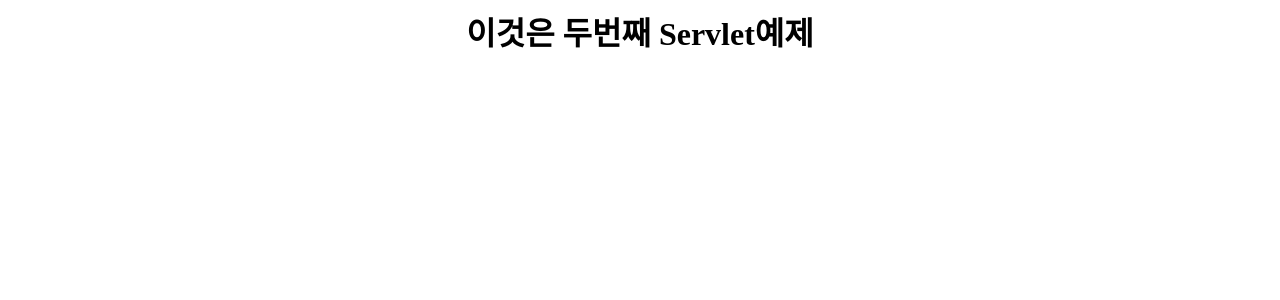
Repository: larlarru/HighJava_study2
Page: http://localhost/servletTest/servletTest02.do
An editor plug-in stored every save of this project. The page is shown before and after the next save, followed by the edit.
The browser window is 1280 px wide. The pictures show the whole page.
The page is served by Tomcat 9. Other server files are loaded and not shown.

Above is the page before, as saved 2020-11-25 06:56:50.

### servletTest/src/kr/or/ddit/basic/ServletTest02.java
package kr.or.ddit.basic;

import java.io.IOException;
import java.io.PrintWriter;

import javax.servlet.ServletException;
import javax.servlet.annotation.WebServlet;
import javax.servlet.http.HttpServlet;
import javax.servlet.http.HttpServletRequest;
import javax.servlet.http.HttpServletResponse;

// 자동으로 등록시켜주는거다.

// 이 예제는 애노테이션(@WebServlet)을 이용해서  Servlet을 설정하여 처리하는 예제
// 애노테이션(@WebServlet)은 Servlet버전 3.0 이상에서 사용할 수 있다.

/*
 * @WebServlet애너테이션의 속성들
 * 	1. name : 서블릿의 이름을 설정한다.	(기본값 : 빈문자열(""))
 * 	2. urlPatterns : 서블릿의 URL패턴의 목록을 설정한다.( 기본값 : 빈배열( {} ))
 * 		예) urlPatterns="/url1" 또는 urlPatterns={"/url1"} ==> 패턴이 1개일 경우
 * 		예) urlPatterns={"/url1", "/url2"} ==> 패턴이 2개 이상일 경우
 * 	3. value : urlPatterns와 동일한 기능을 한다.
 * 	4. description : 주석(설명글)을 설정한다.
 *
 */

@WebServlet(description="애노테이션을 이용한 서블릿",
			urlPatterns= {"/servletTest02.do"})
public class ServletTest02 extends HttpServlet{

	private static final long serialVersionUID = 1L;

	@Override
	protected void doGet(HttpServletRequest req, HttpServletResponse resp) throws ServletException, IOException {

		resp.setCharacterEncoding("utf-8");	// 응답 문서의 인코딩 방식 지정
		resp.setContentType("text/html charset=utf-8");	// 응답 문서의 ContentType 지정

		// 처리한 내용을 응답으로 보내기 위해 PrintWriter객체 생성
		PrintWriter out = resp.getWriter();

		// 처리한 내용을 출력한다. ==> 방법2) println()메서드 이용하기
		out.println("<html>");
		out.println("<head>");
		out.println("<meta charset='utf-8'>");
		out.println("<title>두번째 Servlet 연습</title>");
		out.println("</head>");

		out.println("<body>");
		out.println("<h1 style='text-align:center;'>");
		out.println("이것은 두번째 Servlet예제");
		out.println("");
		out.println("");
		out.println("");
		out.println("");
		out.println("");
		out.println("");

	}

	@Override
	protected void doPost(HttpServletRequest req, HttpServletResponse resp) throws ServletException, IOException {
		// TODO Auto-generated method stub
		super.doPost(req, resp);
	}



}

After the next save:
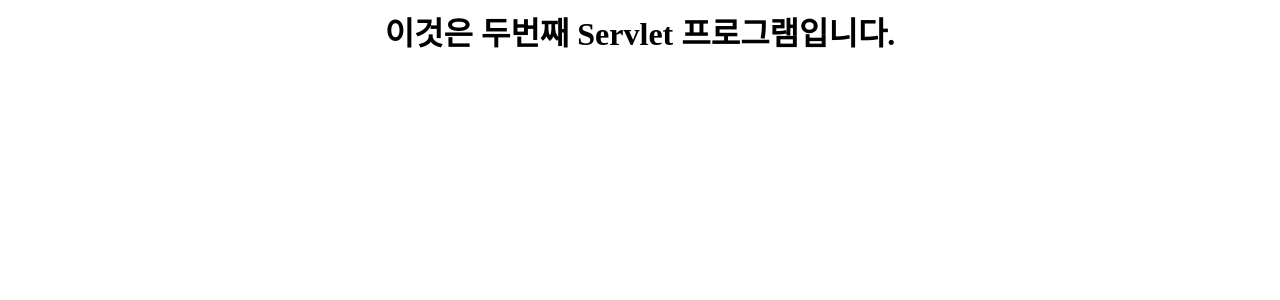
Saved 5 s later.
--- a/servletTest/src/kr/or/ddit/basic/ServletTest02.java
+++ b/servletTest/src/kr/or/ddit/basic/ServletTest02.java
@@ -49,7 +49,7 @@ public class ServletTest02 extends HttpServlet{
 
 		out.println("<body>");
 		out.println("<h1 style='text-align:center;'>");
-		out.println("이것은 두번째 Servlet예제");
+		out.println("이것은 두번째 Servlet 프로그램입니다.");
 		out.println("");
 		out.println("");
 		out.println("");
